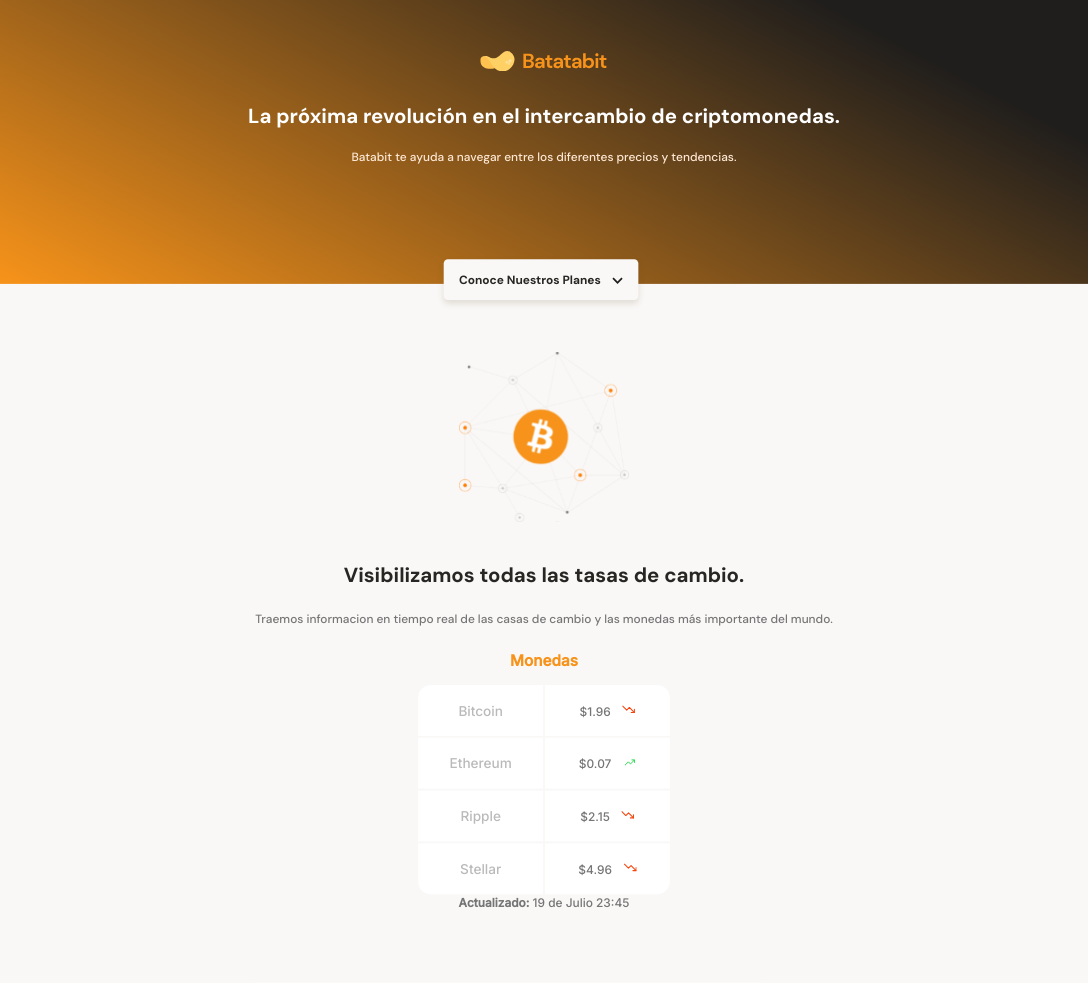
Repository: EnzoSz/Mobile-First
Page: index.html
These files come from the project's save history. The page is drawn as it stood at one moment and after the next save; the edit follows.
The browser window is 1280 px wide. The pictures show the whole page, at 85% of full size.

Above is the page before, as saved 2021-01-28 20:59:32.

### index.html
<!DOCTYPE html>
<html lang="en">
<head>
    <meta charset="UTF-8">
    <meta name="viewport" content="width=device-width, initial-scale=1.0">
    <title>Document</title>
    <link rel="preconnect" href="https://fonts.gstatic.com">
    <link href="https://fonts.googleapis.com/css2?family=DM+Sans:wght@400;500;700&family=Inter:wght@300;500&display=swap" rel="stylesheet">
    <link rel="stylesheet" href="./estilos.css">
</head>
<body>
    <header>
        <img src="./assets/img/logo.svg" alt="">
        <div class="header--title-container">
            <h1>La próxima revolución en el intercambio de criptomonedas.</h1>
            <p>Batabit te ayuda a navegar entre los diferentes precios y tendencias.</p>
            <a href="" class="header--button">Conoce Nuestros Planes <span></span></a>
        </div>
    </header>
    <main>
        <section class="main-exchange-container">
            <div class="backgroundImg"></div>
            <div class="main.exchange-container--title">
                <h2>Visibilizamos todas las tasas de cambio.</h2>
                <p>
                    Traemos informacion en  tiempo real de las casas de cambio y las monedas más importante del mundo.

                </p>
            </div>
            <section class="main-tables-container">
                <div class="main-currency-table">
                    <p class="currency-table--title">Monedas</p>
                    <div class="currency-table--container">
                        <table>
                            <tr>
                                <td class="table__top-left">Bitcoin</td>
                                <td class="table__top-right table__right">$1.96 <span class="down"></span></td>
                            </tr>
                            <tr>
                                <td>Ethereum</td>
                                <td class="table__right">$0.07 <span class="up"></span></td>
                            </tr>
                            <tr>
                                <td>Ripple</td>
                                <td class="table__right">$2.15 <span class="down"></span></td>
                            </tr>
                            <tr>
                                <td class="table__bottom-left">Stellar</td>
                                <td class="table__bottom-right table__right">$4.96 <span class="down"></span></td>
                            </tr>
                        </table>
                    </div>
                    <div class="currency-table-date">
                        <p>
                            <b>Actualizado:</b> 19 de Julio 23:45
                        </p>
                    </div>
                </div>
            </section>
        </section>
        <section></section>
        <section></section>
        <section></section>
    </main>
    <footer></footer>
</body>
</html>

### estilos.css
/*
1. Posicionamiento
2. Modelo de caja (Box model)
3. Tipografía
4. Visuales
5. Otros
*/
:root {
    /*Colores */
    --bitcoin-orange: #F7931A;
    --soft-orange: #FFE9D5;
    --secondary-blue: #1A9AF7;
    --soft-blue: #E7F5FF;
    --warm-black: #201E1C;
    --warm-black1: #282623;
    --grey: #BABABA;
    --off-white: #FAF8F7;
    --just-white: #FFFFFF;
}
* {
    box-sizing: border-box;
    margin: 0;
    padding: 0;
}
html {
    font-size: 62.5%;
    font-family: 'DM Sans', sans-serif;
}
header {
    position: relative;
    display: flex;
    flex-direction: column;
    justify-content: center;
    width: 100%;
    min-width: 32rem;
    height: 33.4rem;
    text-align: center;
    background: linear-gradient(207.8deg, #201E1C 16.69%, #F7931A 100%);;
}
header img {
    width: 15rem;
    height: 2.4rem;
    margin-top: 6.0rem;
    align-self:center;
}
.header--title-container {
    width: 90%;
    min-width: 28.8rem;
    max-width: 90rem;
    height: 21.8rem;
    margin-top: 4rem;
    text-align: center;
    align-self:center;

}
.header--title-container h1 {
    font-size: 2.4rem;
    font-weight: bold;
    line-height: 2.6rem;
    color: var(--just-white);
}
.header--title-container p {
    margin-top: 25px;
    font-size: 1.4rem;
    font-weight: 500;
    line-height: 1.8rem;
    color: var(--soft-orange);
}
.header--title-container .header--button {
    position: absolute;
    left: calc(50% - 118px);
    top: 270px;
    display: block;
    margin-top: 35px;
    padding: 15px;
    width: 229px;
    height: 48px;
    background-color: var(--off-white);
    /*Sombra*/
    box-shadow: 0px 4px 8px rgba(89, 73, 30, 0.16);
    border: none;
    border-radius: 5px;
    font-size: 1.4rem;
    font-weight: bold;
    text-decoration: none;
    color: var(--warm-black1);
}
.header--button span {
    display: inline-block;
    width: 13px;
    height: 8px;
    margin-left: 10px;
    background-image: url('./assets/icons/arrow-down.svg');
}
main {
    width: 100%;
    height: auto;
    background-color: var(--off-white);
}
.main-exchange-container {
    width: 100%;
    height: auto;
    padding-top: 80px;
    padding-bottom: 30px;
    text-align: center;
}
.main-exchange-container--title {
    width: 90%;
    min-width: 288px;
    max-width: 900px;
    margin: 0 auto;
}
.main-exchange-container .backgroundImg {
    width: 200px;
    height: 200px;
    margin: 0 auto;
    margin-bottom: 50px;
    background-image:url('./assets/img/bitcoin.svg');
    background-size: cover;
    background-position: center;
    background-repeat: no-repeat;
}
.main-exchange-container h2 {
    margin-bottom: 30px;
    font-size: 2.4rem;
    font-weight: bold;
    line-height: 2.6rem;
    color: var(--warm-black1);
}
.main-exchange-container p {
    margin-bottom: 30px;
    font-size: 1.4rem;
    font-weight: 500;
    line-height: 1.6rem;
    color: #757575;
}
.main-currency-table {
    width: 70%;
    min-width: 235px;
    max-width: 500px;
    height: 360px;
    margin: 0 auto;
    font-family: "Inter", sans-serif;
}
.main-currency-table .currency-table--title {
    margin-bottom: 15px;
    font-size: 1.8rem;
    font-weight: bold;
    line-height: 2.3rem;
    color: var(--bitcoin-orange);
}
.currency-table--container {
    width: 90%;
    min-width: 230px;
    max-width: 300px;
    height: 250px;
    margin: 0 auto;
}
.currency-table--container table {
    width: 100%;
    height: 100%;
}
.currency-table--container td {
    width: 50%;
    font-size: 1.6rem;
    font-weight: 500;
    line-height: 1.9rem;
    color: var(--grey);
    background-color: var(--just-white);
}
.currency-table--container .table__top-left {
    border-radius: 15px 0 0 0;
}
.currency-table--container .table__top-right {
    border-radius: 0 15px 0 0;
}
.currency-table--container .table__bottom-left {
    border-radius: 0 0 0 15px;
}
.currency-table--container .table__bottom-right {
    border-radius: 0 0 15px 0;
}
.currency-table--container .table__right {
    font-size: 1.4rem;
    font-weight: normal;
    line-height: 1.7rem;
    color: #757575;
}
.currency-table--container .down {
    display: inline-block;
    width: 15px;
    height: 15px;
    margin-left: 10px;
    background-image: url('./assets/icons/trending-down.svg');
    background-size: cover;
    background-position: center;
    background-repeat: no-repeat;
}
.currency-table--container .up {
    display: inline-block;
    width: 15px;
    height: 15px;
    margin-left: 10px;
    background-image:url('./assets/icons/trending-up.svg');
    background-position: center;
    background-repeat:no-repeat;
}

After the next save:
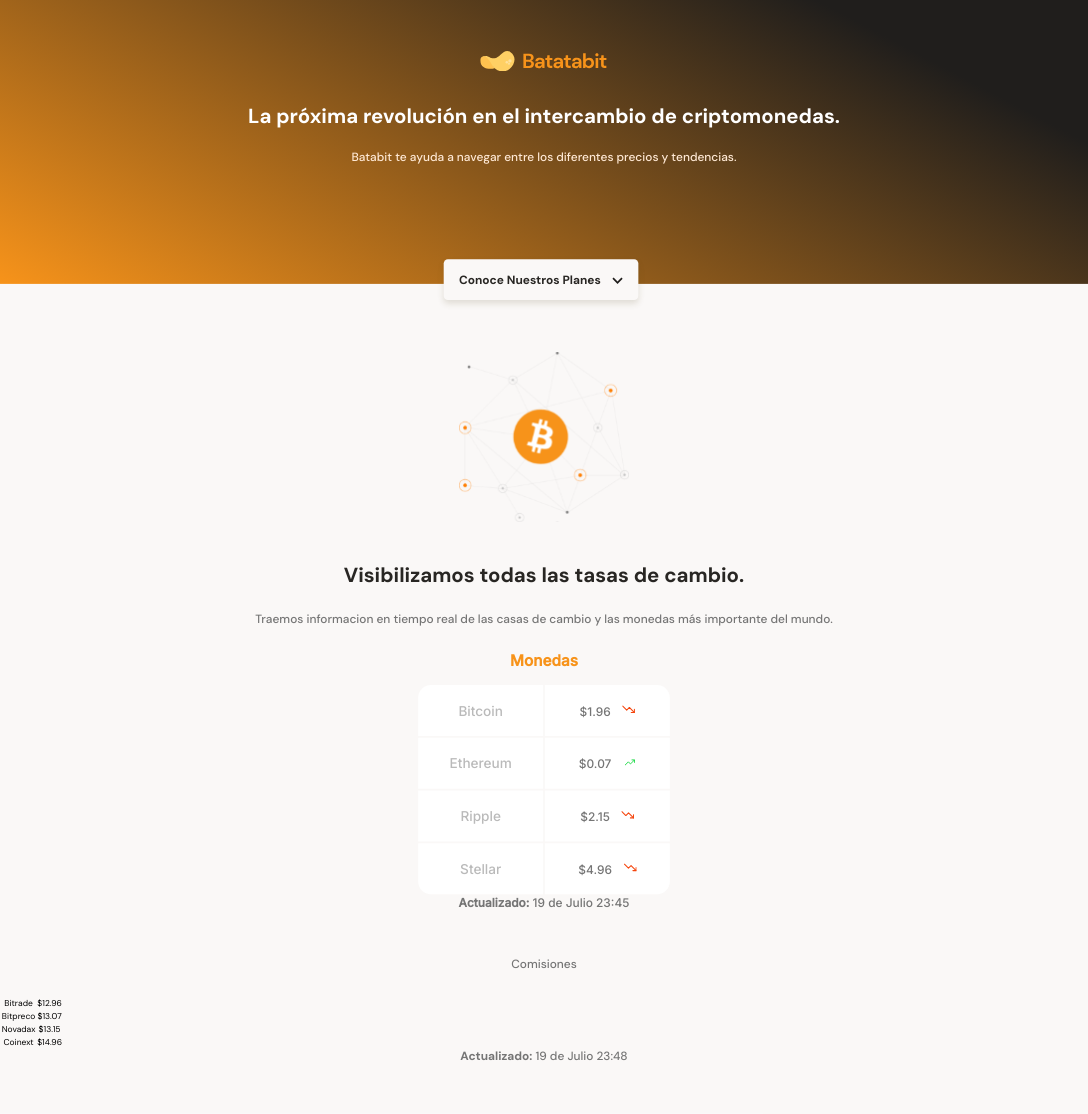
Saved 21 min 5 s later.
--- a/index.html
+++ b/index.html
@@ -56,6 +56,34 @@
                         </p>
                     </div>
                 </div>
+                <div class="main-commissions-table">
+                    <p class="commissions-table--title">Comisiones</p>
+                    <div class="commissions-table--container">
+                        <table>
+                            <tr>
+                                <td class="table__top-left">Bitrade</td>
+                                <td class="table__top-right table__right">$12.96</td>
+                            </tr>
+                            <tr>
+                                <td>Bitpreco</td>
+                                <td class="table__right">$13.07</td>
+                            </tr>
+                            <tr>
+                                <td>Novadax</td>
+                                <td class="table__right">$13.15</td>
+                            </tr>
+                            <tr>
+                                <td class="table__bottom-left">Coinext</td>
+                                <td class="table__bottom-right table__right">$14.96</td>
+                            </tr>
+                        </table>
+                    </div>
+                    <div class="currency-table-date">
+                        <p>
+                            <b>Actualizado:</b> 19 de Julio 23:48
+                        </p>
+                    </div>
+                </div>
             </section>
         </section>
         <section></section>
